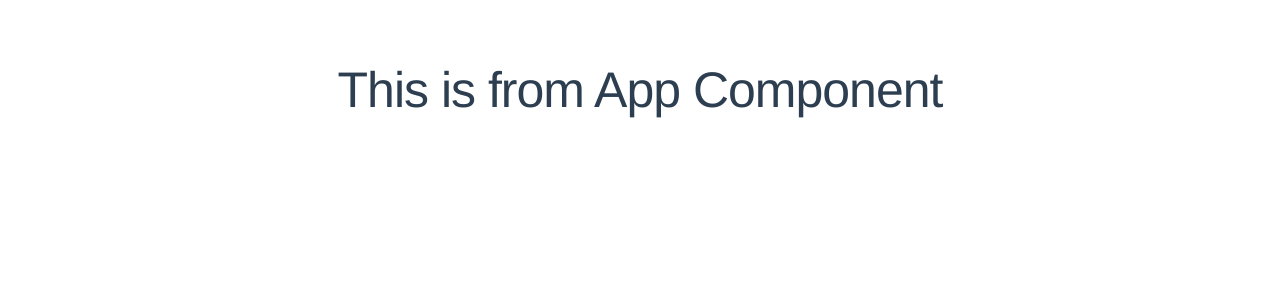
Repository: chsvk/Vue-JS-Course
Page: /
The author's editor kept a copy of each file at every save. The page is drawn from the files as they stood at one save, then again after the next save.
The browser window is 1280 px wide. The pictures show the whole page.
The project was rebuilt for these pictures with package versions that can differ from the ones it lists, and the page was loaded fresh each time. Also part of the build but not shown: src/components/Login.vue, src/components/Register.vue.

Above is the page before, as saved 2019-03-18 04:14:50.

### public/index.html
<!DOCTYPE html>
<html lang="en">
  <head>
    <meta charset="utf-8">
    <meta http-equiv="X-UA-Compatible" content="IE=edge">
    <meta name="viewport" content="width=device-width,initial-scale=1.0">
    <link rel="icon" href="<%= BASE_URL %>favicon.ico">
    <link rel="stylesheet" href="https://cdnjs.cloudflare.com/ajax/libs/skeleton/2.0.4/skeleton.min.css">
    <title>testproject</title>
  </head>
  <body>
    <noscript>
      <strong>We're sorry but testproject doesn't work properly without JavaScript enabled. Please enable it to continue.</strong>
    </noscript>
    <div id="app"></div>
    <!-- built files will be auto injected -->
  </body>
</html>

### src/main.js
import Vue from 'vue'
import App from './App.vue'
import Router from 'vue-router'
import routes from './router'

Vue.use(Router);

Vue.config.productionTip = false

new Vue({
  render: h => h(App),
  routes,
}).$mount('#app')

### src/App.vue
<template>
  <div id="app">
    <h1>This is from App Component</h1>
    <router-link to="login">Login</router-link>
    <!-- <router-view/> -->
  </div>
</template>


<script>
import Login from '@/components/Login'
export default {
  name: 'app',
  components:{
    Login
  },
  data(){
    return{
      showLogin: true
    }
  },
  methods: {

  },
}
</script>

<style lang="scss">
#app {
  font-family: 'Avenir', Helvetica, Arial, sans-serif;
  -webkit-font-smoothing: antialiased;
  -moz-osx-font-smoothing: grayscale;
  text-align: center;
  color: #2c3e50;
  margin-top: 60px;
}
</style>

### src/router.js
import VueRouter from "vue-router";
import Login from '@/components/Login'
import Register from '@/components/Register'

export default new VueRouter({
    routes: [
        {
            path: '/',
            component: Login
        },
        {
            path: '/login',
            name: 'Login',
            component: Login,
            props: true
        },
        {
            path: '/register',
            name: 'Register',
            component: Register,
            props: false
        }
    ]
})

After the next save:
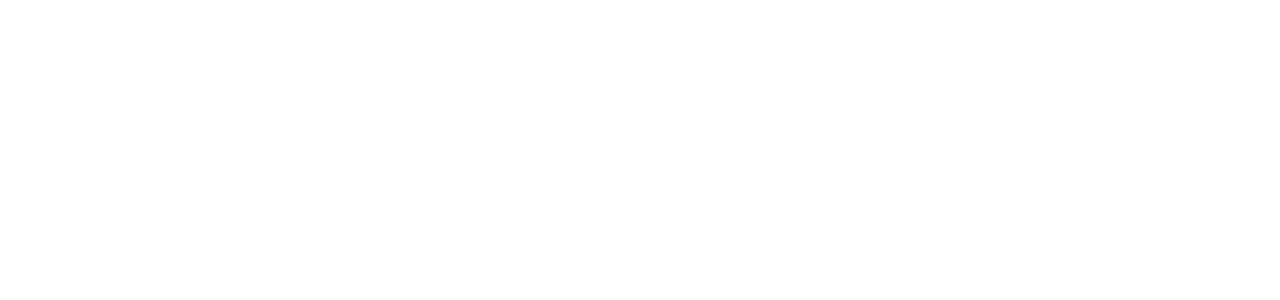
Saved 13 s later.
--- a/src/App.vue
+++ b/src/App.vue
@@ -1,8 +1,8 @@
 <template>
   <div id="app">
     <h1>This is from App Component</h1>
-    <router-link to="login">Login</router-link>
-    <!-- <router-view/> -->
+    <!-- <router-link to="login">Login</router-link> -->
+    <router-view/>
   </div>
 </template>
 

After the 3 saves that followed:
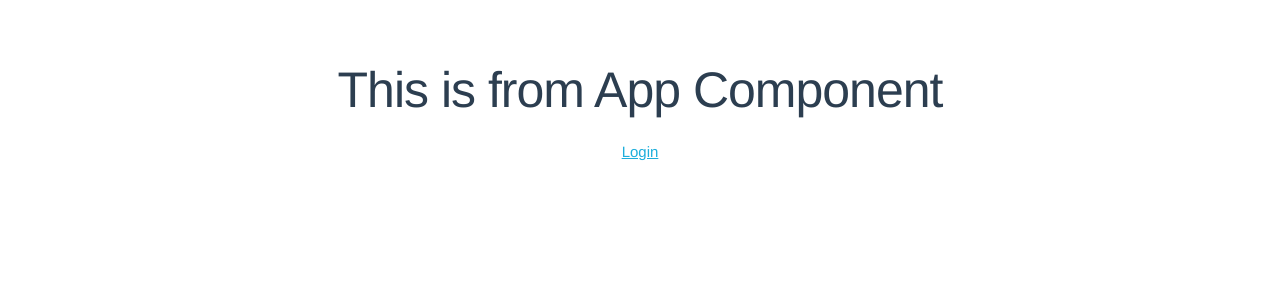
The 3 saves are shown as one change because 2 left the picture as it was.
The last was saved 2 min 1 s later.
--- a/src/main.js
+++ b/src/main.js
@@ -9,5 +9,5 @@
 
 new Vue({
   render: h => h(App),
-  routes,
+  router: routes,
 }).$mount('#app')
--- a/src/App.vue
+++ b/src/App.vue
@@ -1,7 +1,7 @@
 <template>
   <div id="app">
     <h1>This is from App Component</h1>
-    <!-- <router-link to="login">Login</router-link> -->
+    <router-link to="login">Login</router-link>
     <router-view/>
   </div>
 </template>
--- a/src/router.js
+++ b/src/router.js
@@ -4,10 +4,6 @@
 
 export default new VueRouter({
     routes: [
-        {
-            path: '/',
-            component: Login
-        },
         {
             path: '/login',
             name: 'Login',
